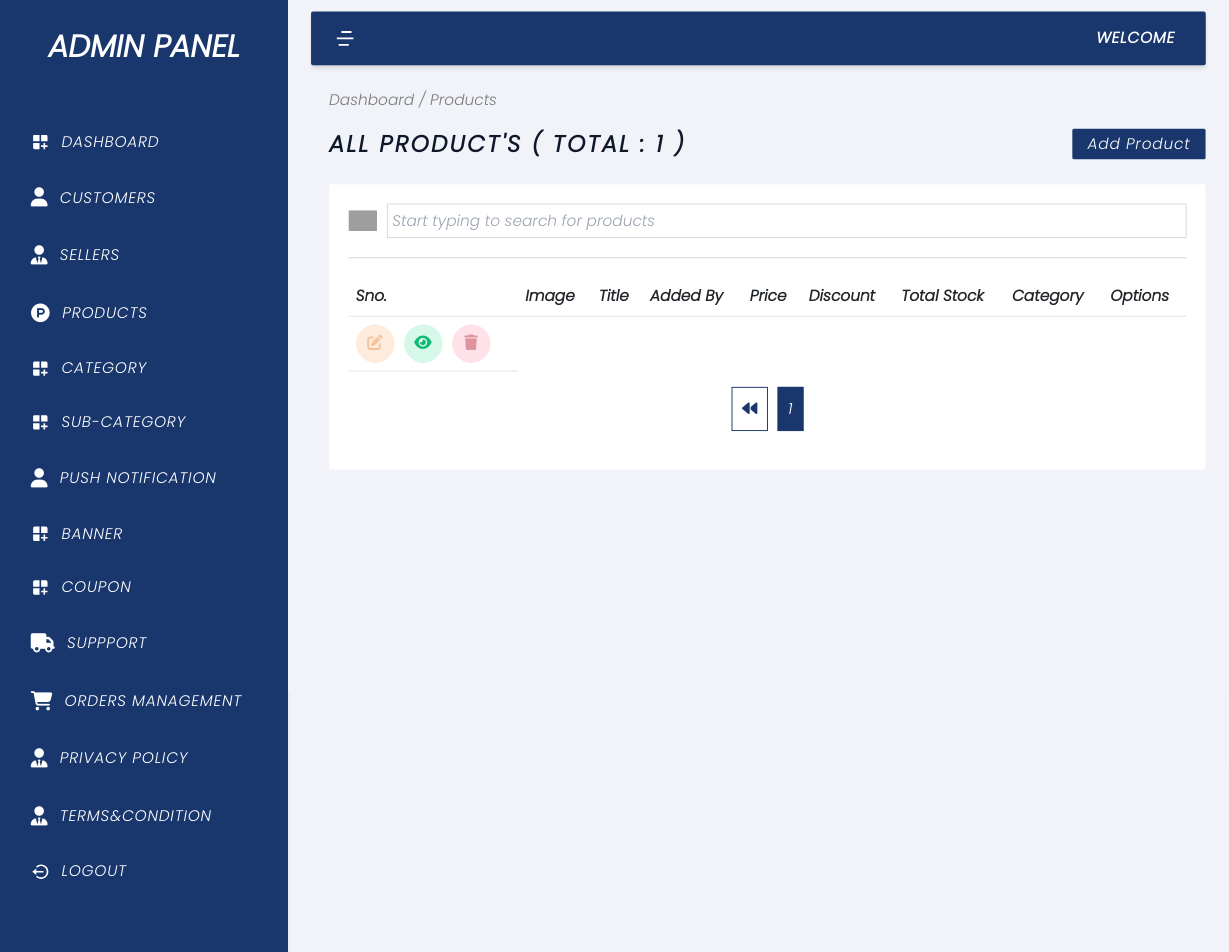
Repository: shishpal2000/admin.aschpro
Page: /Product
An editor plug-in stored every save of this project. The page is shown before and after the next save, followed by the edit.
The browser window is 1280 px wide. The pictures show the whole page, at 96% of full size.
Pictures or frames that could not be fetched are drawn as grey boxes. Some web libraries are served in a nearby version. The project was rebuilt for these pictures with package versions that can differ from the ones it lists, and the page was loaded fresh each time. Also part of the build but not shown: src/E-CommerceAdmin/forms/Login.jsx, src/E-CommerceAdmin/pages/Dashboard.jsx, src/E-CommerceAdmin/pages/ECategory.js, src/E-CommerceAdmin/pages/EVendorList.js, src/E-CommerceAdmin/pages/EAdminOrders.js, src/E-CommerceAdmin/pages/EAdminDelivery.js, src/E-CommerceAdmin/pages/EAdminCustomer.js, src/E-CommerceAdmin/pages/ESubCategory.js and 5 more. Imported but missing from the stored project, and not drawn on this page: src/E-CommerceAdmin/pages/Complaints, src/E-CommerceAdmin/pages/Component/SpinnerComp, src/E-CommerceAdmin/pages/EAdmin, src/E-CommerceAdmin/pages/EAdminProduct, src/E-CommerceAdmin/pages/ESingleProduct, src/E-CommerceAdmin/pages/GetMeThis, src/E-CommerceAdmin/pages/HelpSupport.

Above is the page before, as saved 2023-06-28 15:20:22.

### public/index.html
<!-- @format -->

<!DOCTYPE html>
<html lang="en">
  <head>
    <meta charset="utf-8" />
    <meta name="viewport" content="width=device-width, initial-scale=1" />
    <meta name="theme-color" content="#000000" />
    <meta
      name="description"
      content="Web site created using create-react-app"
    />
    <link rel="icon" href="%PUBLIC_URL%/favicon.png" />
    <link rel="manifest" href="%PUBLIC_URL%/manifest.json" />
    <link rel="preconnect" href="https://fonts.googleapis.com">
<link rel="preconnect" href="https://fonts.gstatic.com" crossorigin>
<link href="https://fonts.googleapis.com/css2?family=Roboto+Mono:ital,wght@1,300&display=swap" rel="stylesheet">
    <title>Subharambh</title>
  </head>
  <body>
    <noscript>You need to enable JavaScript to run this app.</noscript>
    <div id="root"></div>
    <script src="https://code.jquery.com/jquery-3.6.0.min.js"></script>
    <script src="https://kit.fontawesome.com/b533b351e4.js" crossorigin="anonymous"></script>
    <script type="module" src="https://unpkg.com/ionicons@7.1.0/dist/ionicons/ionicons.esm.js"></script>
<script nomodule src="https://unpkg.com/ionicons@7.1.0/dist/ionicons/ionicons.js"></script>
  </body>
</html>

### src/E-CommerceAdmin/pages/EProduct.js
/** @format */

import React, { useEffect, useState } from "react";
import HOC from "../layout/HOC";
import {
  Table,
  Modal,
  Form,
  Button,
  FloatingLabel,
} from "react-bootstrap";
import SpinnerComp from "./Component/SpinnerComp";

const EProduct = () => {
  const [modalShow, setModalShow] = useState(false);
  const [edit, setEdit] = useState(false);
  const [query, setQuery] = useState("");

  const data = [
    {
      name  : "realme Narzo 30 (Racing Silver, 128 GB)  (6 GB RAM)" ,
      review : "4.3" ,
      rating : "77,509 Ratings & 6,081 Reviews" ,
      discount : "26% off" ,
      price : "12,499" ,
      discountedPrice : "16,999",
      features : [
        "6 GB RAM | 128 GB ROM | Expandable Upto 256 GB" ,
        "16.51 cm (6.5 inch) Full HD+ Display" ,
        "48MP + 2MP + 2MP | 16MP Front Camera " ,
        "5000 mAh Battery " ,
        "MediaTek Helio G95 Processor" ,
        "30W Charger" ,
      ]
      ,
      description : "With the realme Narzo 30, make your mobile gaming experience smooth, lag-free, and immersive. This smartphone runs on the Helio G95 Gaming Processor for intense gaming, a 90 Hz Ultra-smooth Display for smooth scrolling, and a 5000 mAh Massive Battery for hours of gaming marathons." ,
      sellerName : "Seller Name" ,
      storeName : "Store Name",
      color : [ "Red" , "Black" , "Green" ],
      size : [ "" ]
    }
  ]

  // Pagination
  const [currentPage2, setCurrentPage2] = useState(1);
  const [postPerPage2] = useState(10);
  const lastPostIndex2 = currentPage2 * postPerPage2;
  const firstPostIndex2 = lastPostIndex2 - postPerPage2;

  let pages2 = [];

  const TotolData = query
    ? data?.filter(
        (i) =>
          i?.product_name?.toLowerCase().includes(query?.toLowerCase()) ||
          i?.quantity?.toString()?.toLowerCase().includes(query?.toLowerCase())
      )
    : data;

  useEffect(() => {
    if (query) {
      setCurrentPage2(1);
    }
  }, [query]);

  const slicedData = TotolData?.slice(firstPostIndex2, lastPostIndex2);

  for (let i = 1; i <= Math.ceil(TotolData?.length / postPerPage2); i++) {
    pages2.push(i);
  }

  function Next() {
    setCurrentPage2(currentPage2 + 1);
  }

  function Prev() {
    if (currentPage2 !== 1) {
      setCurrentPage2(currentPage2 - 1);
    }
  }





  function MyVerticallyCenteredModal(props) {


    return (
      <Modal
        {...props}
        size="lg"
        aria-labelledby="contained-modal-title-vcenter"
        centered
      >
        <Modal.Header closeButton>
          <Modal.Title id="contained-modal-title-vcenter">
            {" "}
            {edit ? "Edit Product" : " Add New Product"}
          </Modal.Title>
        </Modal.Header>
        <Modal.Body>
          <Form >


              <div className="d-flex gap-2" style={{ alignItems: "center" }}>
              <Form.Group className="mb-3">
                <Form.Label>Product Images</Form.Label>
                <Form.Control
                  type="file"
                  required
                  multiple

                />
              </Form.Group>

              <Button
                style={{ height: "40px", marginTop: "15px" }}

              >
                Upload
              </Button>
            </div>




            <Form.Group className="mb-3">
              <Form.Label> Product Name</Form.Label>
              <Form.Control
                type="text"
                required

              />
            </Form.Group>

            <Form.Group className="mb-3">
              <Form.Label>ID</Form.Label>
              <Form.Control
                type="number"
                required

              />
            </Form.Group>

            <Form.Group className="mb-3">
              <Form.Label>ASIN</Form.Label>
              <Form.Control
                type="text"
                required

              />
            </Form.Group>

            <Form.Group className="mb-3">
              <Form.Label>Description</Form.Label>
              <FloatingLabel controlId="floatingTextarea2" label="Description">
                <Form.Control
                  as="textarea"
                  placeholder="Leave a comment here"

                />
              </FloatingLabel>
            </Form.Group>

            <Form.Group className="mb-3">
              <Form.Label>Price</Form.Label>
              <Form.Control
                type="number"
                min={0}
                required

              />
            </Form.Group>

            <Form.Group className="mb-3">
              <Form.Label>Price Discount</Form.Label>
              <Form.Control
                type="number"
                min={0}
                required

              />
            </Form.Group>

            <Form.Group className="mb-3">
              <Form.Label>Bullet Text</Form.Label>
              <FloatingLabel controlId="floatingTextarea2">
                <Form.Control
                  as="textarea"
                  placeholder="Leave a comment here"

                />
              </FloatingLabel>
            </Form.Group>

            <Form.Group className="mb-3">
              <Form.Label> Category</Form.Label>
              <Form.Select
                aria-label="Default select example"
                required

              >
                <option>-- Select Category --</option>

              </Form.Select>
            </Form.Group>

            <Form.Group className="mb-3">
              <Form.Label>Quantity</Form.Label>
              <Form.Control
                type="number"
                min={0}
                required

              />
            </Form.Group>

            <Button className="btn" type="submit">
              Submit
            </Button>
          </Form>
        </Modal.Body>
      </Modal>
    );
  }


  // Carousel Modal


  return (
    <>
      <MyVerticallyCenteredModal
        show={modalShow}
        onHide={() => setModalShow(false)}
      />


      <p className="headP">Dashboard / Products</p>

      <div
        className="pb-4  w-full flex justify-between items-center"
        style={{ width: "98%", marginLeft: "2%" }}
      >
        <span
          className="tracking-widest text-slate-900 font-semibold uppercase"
          style={{ fontSize: "1.5rem" }}
        >
          All Product's ( Total : {data?.length} )
        </span>
        <div className="d-flex gap-1">
          <input
            type="file"
            id="excel"
            style={{ display: "none" }}

          />

          <button
            onClick={() => {
              setEdit(false);
              setModalShow(true);
            }}
            className="md:py-2 px-3 md:px-4 py-1 rounded-sm bg-[#19376d] text-white tracking-wider"
          >
            Add Product
          </button>
        </div>
      </div>

      <section className="sectionCont">
        {data?.length === 0 || !data ? (
          <SpinnerComp />
        ) : (
          <>
            <div className="filterBox">
              <img
                src="https://t4.ftcdn.net/jpg/01/41/97/61/360_F_141976137_kQrdYIvfn3e0RT1EWbZOmQciOKLMgCwG.jpg"
                alt=""
              />
              <input
                type="search"
                placeholder="Start typing to search for products"
                onChange={(e) => setQuery(e.target.value)}
              />
            </div>

            <div className="overFlowCont">
              <Table>
                <thead>
                  <tr>
                    <th>Sno.</th>
                    <th>Image</th>
                    <th>Title</th>
                    <th>Added By</th>
                    <th>Price</th>
                    <th>Discount</th>
                    <th>Total Stock</th>
                    <th>Category</th>
                    <th> Options </th>
                  </tr>
                </thead>
                <tbody>
                  {slicedData?.map((i, index) => (
                    <tr key={index}>


                      <td>
                        <span className="flexCont">
                          <i
                            className="fa-solid fa-pen-to-square"

                          ></i>
                          <i
                            className="fa-solid fa-eye"

                          ></i>
                          <i
                            className="fa-sharp fa-solid fa-trash"
                          ></i>
                        </span>
                      </td>
                    </tr>
                  ))}
                </tbody>
              </Table>

              <div className="pagination">
                <button onClick={() => Prev()} className="prevBtn">
                  <i className="fa-solid fa-backward"></i>
                </button>
                {currentPage2 === 1 ? (
                  ""
                ) : (
                  <button onClick={() => setCurrentPage2(1)}>1</button>
                )}

                {pages2
                  ?.slice(currentPage2 - 1, currentPage2 + 3)
                  .map((i, index) =>
                    i === pages2?.length ? (
                      ""
                    ) : (
                      <button
                        key={index}
                        onClick={() => setCurrentPage2(i)}
                        className={currentPage2 === i ? "activePage" : ""}
                      >
                        {" "}
                        {i}{" "}
                      </button>
                    )
                  )}

                <button
                  onClick={() => setCurrentPage2(pages2?.length)}
                  className={
                    currentPage2 === pages2?.length ? "activePage" : ""
                  }
                >
                  {" "}
                  {pages2?.length}{" "}
                </button>

                {currentPage2 === pages2?.length ? (
                  ""
                ) : (
                  <button onClick={() => Next()} className="nextBtn">
                    {" "}
                    <i className="fa-sharp fa-solid fa-forward"></i>
                  </button>
                )}
              </div>
            </div>
          </>
        )}
      </section>
    </>
  );
};

export default HOC(EProduct);

### src/E-CommerceAdmin/layout/HOC.jsx
/** @format */

import React, { useState } from "react";
import Navbar from "./Navbar";
import Sidebar from "./Sidebar";

const HOC = (Wcomponenet) => {
  return function Component() {
    const [hamb, setHamb] = useState(false);
    return (
      <>
        <section
          className="flex overflow-x-hidden relative "
          style={{ backgroundColor: "#f2f3f8" }}
        >
          {/* Sidebar */}
          <div
            className={
              hamb
                ? " absolute top-0 z-30 md:w-auto shadow-md bg-slate-200  w-60 transition-all md:-left-full left duration-150  h-auto overflow-y-auto  left-0 "
                : " md:w-72 z-30 bg-slate-200  shadow-md  md:static absolute top-0 -left-full   transition-all duration-150  overflow-y-auto h-auto"
            }
            style={{ minWidth: "300px" }}
          >
            <Sidebar hamb={hamb} setHamb={setHamb} />
          </div>
          {/* Components & Navbar */}
          <div
            className={
              hamb
                ? " transition-all px-4 py-2  duration-150 w-full h-screen"
                : " w-full h-screen  px-4 py-2   z-50 transition-all duration-150 "
            }
            style={{ backgroundColor: "#f2f3f8" }}
          >
            <Navbar hamb={hamb} setHamb={setHamb} />
            <div className="my-6 text-#000 h-[87%] wcomp overflow-y-auto">
              {" "}
              <Wcomponenet />
            </div>
          </div>
        </section>
      </>
    );
  };
};

export default HOC;

### src/E-CommerceAdmin/layout/Navbar.jsx
/** @format */

import { RiMenu4Line } from "react-icons/ri";

const Navbar = ({ hamb, setHamb }) => {
  const AdminName = localStorage.getItem("AdminName")
  return (
    <>
      <div
        className={
          hamb
            ? "flex  w-full justify-between  my-1 rounded-sm  p-4 py-3 shadow-md items-center  bg-slate-200 space-x-4"
            : "flex  w-full justify-between my-1 rounded-sm  p-4 py-3 shadow-md items-center  bg-slate-200 space-x-4"
        }
        style={{ backgroundColor: "#19376d" }}
      >
        <RiMenu4Line
          onClick={() => setHamb(!hamb)}
          className="text-2xl font-bold text-gray-900 hover:scale-90 cursor-pointer"
          style={{ color: "#fff" }}
        />

        <section className="flex sm:ml-auto justify-end sm:w-full items-center space-x-2  pr-2">
          <figcaption className="tracking-wider pl-1 font-semibold">
            <div
              className="lg:text-base text-sm text-gray-900  uppercase"
              style={{ color: "#fff" }}
            >
              Welcome {AdminName}
            </div>
          </figcaption>
        </section>
      </div>
    </>
  );
};

export default Navbar;

### src/E-CommerceAdmin/layout/Sidebar.jsx
/** @format */

import React from "react";
import { RiCloseLine } from "react-icons/ri";
import { Link, useNavigate } from "react-router-dom";
import { BiLogOutCircle } from "react-icons/bi";
import { MdDashboardCustomize } from "react-icons/md";

const Sidebar = ({ hamb, setHamb }) => {
  const navigate = useNavigate();

  const nav = [
    {
      icon: <MdDashboardCustomize className="text-xl mr-3 rounded-full " />,
      link: "/dashboard ",
      name: "Dashboard",
    },

    {
      icon: (
        <i className="fa-solid fa-user text-xl mr-3 rounded-full"></i>
      ),
      link: "/Customer",
      name: "Customers",
    },
    {
      icon: <i className="fa-solid fa-user-tie text-xl mr-3 rounded-full"></i>,
      link: "/VendorList",
      name: "Sellers",
    },
    {
      icon: (
    <i className="fa-brands fa-product-hunt text-xl mr-3 rounded-full"></i>
      ),
      link: "/Product",
      name: "Products",
    },
    {
      icon: <MdDashboardCustomize className="text-xl mr-3 rounded-full " />,
      link: "/Category",
      name: "Category",
    },

    {
      icon: <MdDashboardCustomize className="text-xl mr-3 rounded-full " />,
      link: "/SubCategory",
      name: "Sub-Category",
    },
    {
      icon: <i className="fa-solid fa-user text-xl mr-3 rounded-full"></i>,
      link: "/pushNotification",
      name: "Push Notification",
    },

    {
      icon: <MdDashboardCustomize className="text-xl mr-3 rounded-full " />,
      link: "/banner",
      name: "Banner",
    },
    {
      icon: <MdDashboardCustomize className="text-xl mr-3 rounded-full " />,
      link: "/coupon",
      name: "Coupon",
    },

    {
      icon: <i className="fa-solid fa-truck  text-xl mr-3 rounded-full"></i>,
      link: "/Support",
      name: "Suppport",
    },
    {
      icon: (
        <i className="fa-solid fa-cart-shopping text-xl mr-3 rounded-full"></i>
      ),
      link: "/Orders",
      name: "Orders Management",
    },

    {
      icon: <i className="fa-solid fa-user-tie text-xl mr-3 rounded-full"></i>,
      link: "/privacy",
      name: "Privacy Policy",
    },
    {
      icon: <i className="fa-solid fa-user-tie text-xl mr-3 rounded-full"></i>,
      link: "/terms",
      name: "Terms&Condition",
    }
  ];

  const logOut = () => {
    localStorage.clear()
    navigate("/");
  };

  return (
    <>
      <aside
        className="p-4 h-auto"
        style={{ backgroundColor: "#19376d", minHeight: "100vh" }}
      >
        {/* Top */}
        <div className="w-full md:hidden relative  p-2 mb-4">
          <RiCloseLine
            onClick={() => setHamb(!hamb)}
            className="text-3xl  absolute top-2 sm:hover:rotate-[228deg] transition-transform font-bold right-2 sm:hover:text-[22px] text-[rgb(241,146,46)] cursor-pointer"
          />
        </div>{" "}
        <figure className="flex  flex-col items-center">
          <span
            className="font-bold text-[#fff]"
            style={{
              fontSize: "2rem",
              textAlign: "center",
              textTransform: "uppercase",
            }}
          >
            {" "}
            ADMIN PANEL
          </span>
        </figure>
        <nav className="py-6">
          {nav.map((nav) => {
            return (
              <Link
                to={nav.link}
                key={nav.name}
                className=""
                style={{ textDecoration: "none", textTransform: "uppercase" }}
              >
                <span
                  className="flex my-3 items-center cursor-pointer text-gray-900    tracking-wider p-2 rounded-sm"
                  style={{ color: "#FFF" }}
                >
                  {nav.icon} {nav.name}
                </span>
              </Link>
            );
          })}
          <span
            className="flex my-3 items-center cursor-pointer text-gray-900    tracking-wider p-2 rounded-sm"
            onClick={() => logOut()}
            style={{ color: "#FFF", textTransform: "uppercase" }}
          >
            <BiLogOutCircle className="text-xl mr-3 rounded-full " /> LogOut
          </span>
        </nav>
      </aside>
    </>
  );
};

export default Sidebar;

Loaded but not shown: tailwind.config.js (common file); src/App.js (69 lines, source omitted); src/index.js (15 lines, source omitted); src/index.css (496 lines, source omitted)

After the next save:
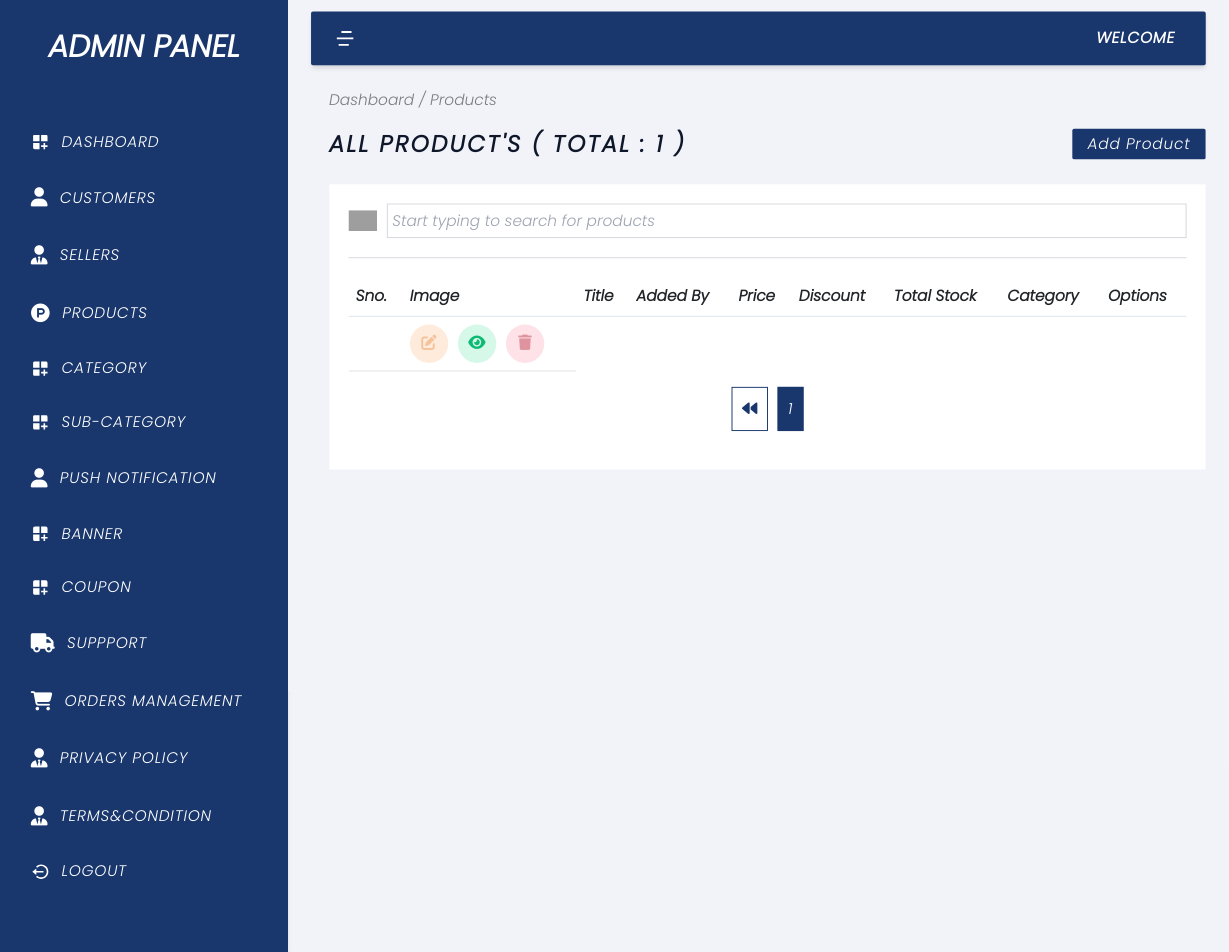
Saved 40 s later.
--- a/src/E-CommerceAdmin/pages/EProduct.js
+++ b/src/E-CommerceAdmin/pages/EProduct.js
@@ -304,7 +304,9 @@ const EProduct = () => {
                 <tbody>
                   {slicedData?.map((i, index) => (
                     <tr key={index}>
-
+                    <td>
+
+                    </td>
 
                       <td>
                         <span className="flexCont">
